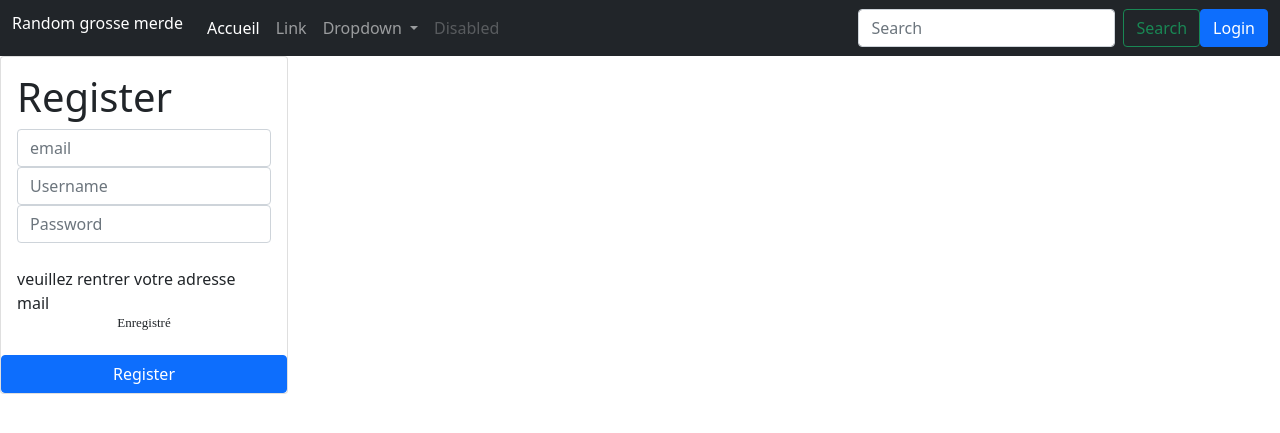
Repository: Mini-T/php-propre
Page: http://localhost/Formregister.php
The author's editor kept a copy of each file at every save. The page is drawn from the files as they stood at one save, then again after the next save.
The browser window is 1280 px wide. The pictures show the whole page.
The page is run by PHP 8.4 with error messages shown; the project is at /var/www/html/. Queries for data that is not in the repository find no rows.

Above is the page before, as saved 2021-03-11 11:10:17.

### proj/Formregister.php
<?php
include("include/header.inc.php");
try {
    $pdo = new PDO("mysql:host=localhost;dbname=réseau", "root", "");

    $pdo->setAttribute(PDO::ATTR_ERRMODE, PDO::ERRMODE_EXCEPTION);
} catch (PDOException $e) {

    echo "Connection failed: " . $e->getMessage();
}
$SimpleSelect = $pdo->query('SELECT * FROM utilisateur'); ?>

<div class="card" style="width: 18rem;">
    <div class="card-body">
        <h1 class="card-title titre">Register</h5>
            <form method="POST" action="#">
                <input type="email" class="form-control champs" name="email" placeholder="email">
                <input type="text" class="form-control champs" name="Username" placeholder="Username">
                <input type="password" class="form-control champs" id="mdp" name="mdp" placeholder="Password">
                <br>
                 <?php
                 $postmail = "adresse mail";
                 $postign = "Nom d'utilisateur";
                 $postmdp = "mot de passe";
                 @InputCompletionCheck($_POST['email'], $_POST['Username'],$_POST['mdp'], $postmail, $postign, $postmdp);?>
                    <?php
                        $postign = @$_POST['Username'];
                        $postmdp = @$_POST['mdp'];
                        $crypt = @md5($_POST['mdp']);
                        $postmail = @$_POST['email'];


                        $register = "INSERT INTO utilisateur(email, ign, mdp) VALUES ('" . $postmail . "', '" . $postign . "', '" . $crypt . "')";


                        $SelectCountM = $pdo->query("SELECT COUNT(*) FROM utilisateur WHERE email = '$postmail'");

                        $SelectCountI = $pdo->query("SELECT COUNT(*) FROM utilisateur WHERE ign = '$postign'");

                        $fetchassocshowM = $SelectCountM->fetch(PDO::FETCH_COLUMN);

                        $fetchassocshowI = $SelectCountI->fetch(PDO::FETCH_COLUMN);


                        echo '<br>';


                        if ($fetchassocshowM > 0 or $fetchassocshowI > 0) {
                            if ($fetchassocshowM > 0) { ?>
                                <h1 style="font-size: 13px; font-family: quicksand; text-align:center">E-mail déjà attribué</h1>
                                <br>
                                <button><a href="FormLogin.php">Login</a></button>
                            <?php } elseif ($fetchassocshowI > 0) { ?>
                                <h1 style="font-size: 13px; font-family: quicksand; text-align:center">TON PUTAIN DE PSEUDO EST DEJA PRIS PAUVRE MERDE</h1>
                                <br>
                                <button><a href="FormLogin.php">Login</a></button>

                            <?php }
                        } else {
                            try {
                                $pdo->exec($register); ?>
                                <h1 style="font-size: 13px; font-family: quicksand; text-align:center">Enregistré</h1>

                        <?php } catch (PDOException $e) {
                                echo "command failed" . $e->getmessage;
                            }
                        }


                     ?>


                </div>
                <button type="submit" class="btn btn-primary login" name="register">Register</button>
                <div class="php">
            </form>
    </div>
</div>



<?php include("include/footer.inc.php"); ?>

### proj/include/header.inc.php
<!DOCTYPE html>
<html lang="en">

<head>
    <meta charset="UTF-8">
    <meta http-equiv="X-UA-Compatible" content="IE=edge">
    <meta name="viewport" content="width=device-width, initial-scale=1.0">
    <title>Document</title>
    <script src="vendors/js/bootstrap.js"></script>
    <link rel="stylesheet" href="vendors/css/bootstrap.css">
    <link rel="custom" href="/additional-css/FormRegister.css">


    <?php
    require_once 'init/pdo.init.php';
    require_once 'function.php';
    if(isset($_COOKIE['PHPSESSID'])){
        session_start();
    } else {


        if (isset($_COOKIE['stillconnect'])) {
            if (!isset($_SESSION)) {
                session_start();
                $_SESSION['username'] = $_COOKIE['stillconnect'];
                $thatuser = $_SESSION['username'];
                setcookie('stillconnect', $thatuser, time() + 31536000);
            }
        }
    }

    ?>
</head>

<body>

    <nav class="navbar navbar-expand-lg navbar-dark bg-dark">
        <div class="container-fluid">
            <a class="navbar-brand" href="#">
                <?php if (isset($_SESSION['username'])) { ?>
                    <h6 id="navign"> <?php echo $_SESSION['username'] ?></h6>
                <?php } else{ ?>
                    <h6 id="navign"> <?php echo 'Random grosse merde' ?></h6>
               <?php } ?>
            </a>
            <button class="navbar-toggler" type="button" data-bs-toggle="collapse" data-bs-target="#navbarSupportedContent" aria-controls="navbarSupportedContent" aria-expanded="false" aria-label="Toggle navigation">
                <span class="navbar-toggler-icon"></span>
            </button>
            <div class="collapse navbar-collapse" id="navbarSupportedContent">
                <ul class="navbar-nav me-auto mb-2 mb-lg-0">
                    <li class="nav-item">
                        <a class="nav-link active" aria-current="page" href="./Accueil.php">Accueil</a>
                    </li>
                    <li class="nav-item">
                        <a class="nav-link" href="#">Link</a>
                    </li>
                    <li class="nav-item dropdown">
                        <a class="nav-link dropdown-toggle" href="#" id="navbarDropdown" role="button" data-bs-toggle="dropdown" aria-expanded="false">
                            Dropdown
                        </a>
                        <ul class="dropdown-menu" aria-labelledby="navbarDropdown">
                            <li><a class="dropdown-item" href="#">Action</a></li>
                            <li><a class="dropdown-item" href="#">Another action</a></li>
                            <li>
                                <hr class="dropdown-divider">
                            </li>
                            <li><a class="dropdown-item" href="#">Something else here</a></li>
                        </ul>
                    </li>
                    <li class="nav-item">
                        <a class="nav-link disabled" href="#" tabindex="-1" aria-disabled="true">Disabled</a>
                    </li>
                </ul>


                <form class="d-flex">
                    <input class="form-control me-2" type="search" placeholder="Search" aria-label="Search">
                    <button class="btn btn-outline-success" type="submit">Search</button>

                </form>
                <?php if (isset($_SESSION['username'])) { ?>
                    <form action="#" method="POST">
                        <button class="btn btn-primary Logout" value = 1 type="submit" name="Logout"><a href="">Logout</a></button>
                        </form>
                        <?php


                    if($_POST['Logout']) {
                        var_dump($_POST['Logout']);
                        exit();
                          session_destroy();




                    }
                } else { ?>
                        <form action="/proj/FormLogin.php" method="post">
                            <input type="submit" value="Login" class="btn btn-primary Login" name="Login" /></form>
                    <?php } ?>


            </div>
        </div>
    </nav>
    <div class="main">

### proj/include/init/pdo.init.php
<?php try {
    $pdo = new PDO("mysql:host=localhost;dbname=réseau", "root", "");

    $pdo->setAttribute(PDO::ATTR_ERRMODE, PDO::ERRMODE_EXCEPTION);
} catch (PDOException $e) {

    echo "Connection failed: " . $e->getMessage();
}
?>

### proj/include/function.php
<?php
function InputCompletionCheck($a, $b, $c, $a1, $b1, $c1) {
   if (empty($a)) {

    echo "veuillez rentrer votre $a1";

} elseif (empty($b)) {

    echo "veuillez rentrer votre $b1 ça sert des fois";

} elseif (empty($c)) {

    echo "veuillez définir votre $c1 c'est important en vrai";

}
} ?>

Loaded but not shown: proj/include/footer.inc.php (common file); proj/vendors/js/bootstrap.js (library); proj/vendors/css/bootstrap.css (library)

After the next save:
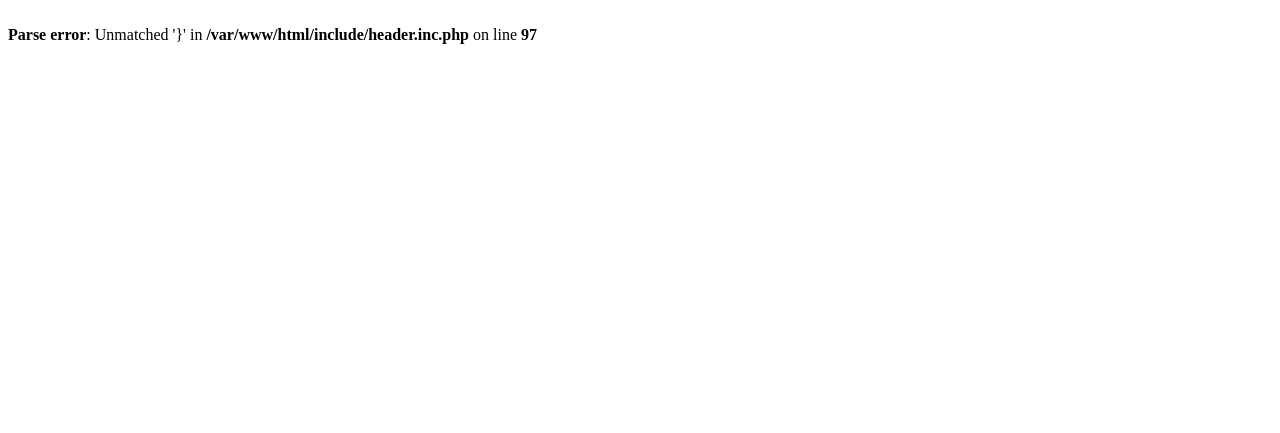
Saved 27 s later.
--- a/proj/include/header.inc.php
+++ b/proj/include/header.inc.php
@@ -85,9 +85,9 @@
                         <?php
 
 
-                    if($_POST['Logout']) {
-                        var_dump($_POST['Logout']);
-                        exit();
+
+
+
                           session_destroy();
 
 
